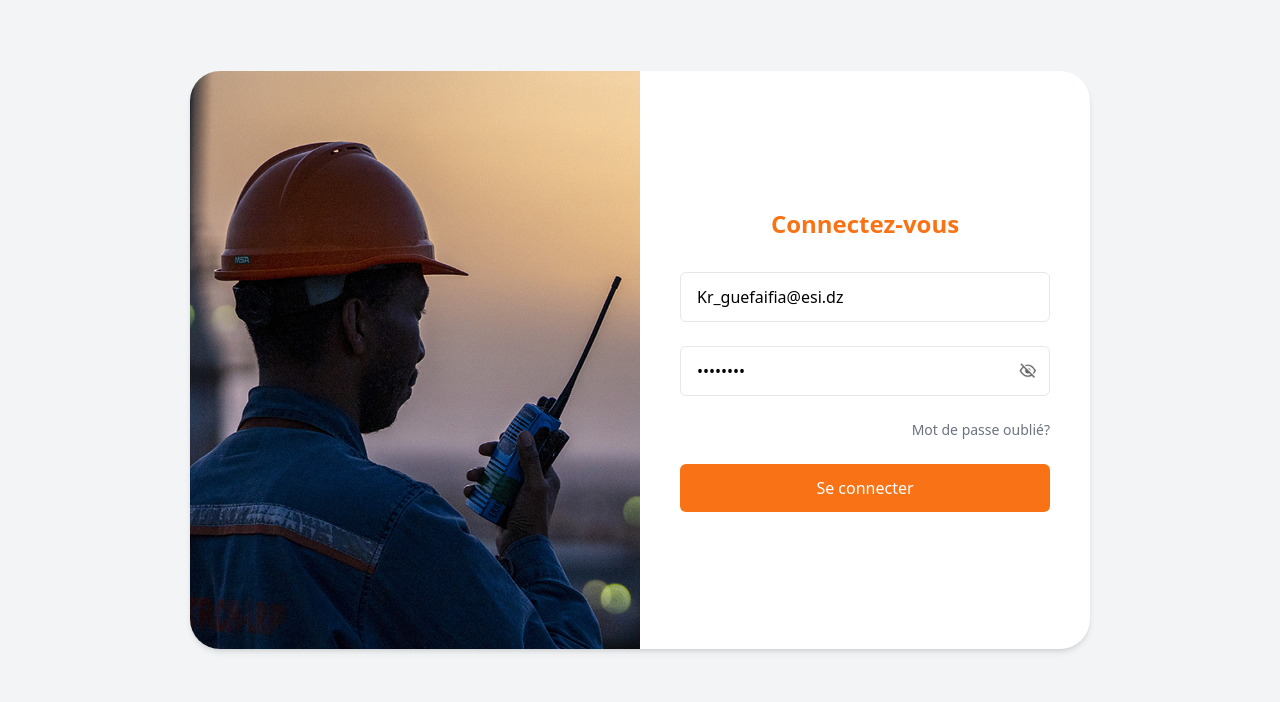
Repository: 123455675848484848484884848484/Projet_2cs
Page: / (app in front/)
The author's editor kept a copy of each file at every save. The page is drawn from the files as they stood at one save, then again after the next save.
The browser window is 1280 px wide. The pictures show the whole page.
The project was rebuilt for these pictures with package versions that can differ from the ones it lists, and the page was loaded fresh each time. Also part of the build but not shown: front/src/App.css.

Above is the page before, as saved 2025-04-20 11:54:26.

### front/src/App.js

import './App.css';
// App.jsx
import React from "react";
import Login from "./Login"; // Assure-toi que le chemin est correct

function App() {
  return <Login />;
}

export default App;

### front/src/Login.jsx
import React, { useState } from "react";

const Login = () => {
  const [showPassword, setShowPassword] = useState(false);
  const [email, setEmail] = useState("Kr_guefaifia@esi.dz");
  const [error, setError] = useState("");

  const handleSubmit = (e) => {
    e.preventDefault();
    if (!email.includes("@")) {
      setError("L'adresse email doit contenir un '@'");
      return;
    }
    setError("");
    alert("Connexion réussie !");
  };

  return (
    <div className="min-h-screen flex items-center justify-center bg-gray-100">
    <div className="flex w-[900px] overflow-hidden shadow-md rounded-[30px] bg-white">
      {/* Image gauche */}
      <div className="w-1/2">
        <img
          src="/login.png"
          alt="worker"
          className="h-full w-full object-cover"
          id="login-image"
        />
      </div>

      {/* Formulaire */}
      <div className="w-1/2 flex flex-col justify-center px-10 py-12">
        <h2
          className="text-2xl font-bold text-orange-500 mb-8 text-center"
          id="login-title"
        >
          Connectez-vous
        </h2>

        <form className="space-y-6" onSubmit={handleSubmit} id="login-form">
          {/* Email */}
          <div>
            <label htmlFor="email-input" className="sr-only">Email</label>
            <input
              id="email-input"
              type="email"
              placeholder="Email"
              value={email}
              onChange={(e) => setEmail(e.target.value)}
              className="w-full px-4 py-3 border rounded-md focus:outline-none focus:ring-2 focus:ring-orange-400"
            />
            {error && (
              <p className="text-red-500 text-sm mt-1" id="email-error">
                {error}
              </p>
            )}
          </div>

          {/* Mot de passe */}
          <div className="relative">
            <label htmlFor="password-input" className="sr-only">Mot de passe</label>
            <input
              id="password-input"
              type={showPassword ? "text" : "password"}
              placeholder="Mot de passe"
              defaultValue="password"
              className="w-full px-4 py-3 border rounded-md focus:outline-none focus:ring-2 focus:ring-orange-400"
            />
            <span
              id="toggle-password-visibility"
              onClick={() => setShowPassword(!showPassword)}
              className="absolute inset-y-0 right-3 flex items-center cursor-pointer"
            >
              {showPassword ? (
                <span className="text-gray-500 text-lg">👁️</span>
              ) : (
                <img
                  src="/icon.png"
                  alt="hidden"
                  className="w-5 h-5"
                  id="hidden-icon"
                />
              )}
            </span>
          </div>

          {/* Lien oublié */}
          <div className="text-right text-sm text-gray-500">
            <a href="#" className="hover:underline" id="forgot-password-link">
              Mot de passe oublié?
            </a>
          </div>

          {/* Bouton */}
          <button
            id="submit-login-button"
            type="submit"
            className="w-full bg-orange-500 hover:bg-orange-600 text-white font-medium py-3 rounded-md transition"
          >
            Se connecter
          </button>
        </form>
      </div>
    </div>
  </div>
  );
};

export default Login;

Loaded but not shown: front/public/index.html (common file); front/src/index.js (common file); front/src/index.css (common file); front/src/reportWebVitals.js (common file); front/tailwind.config.js (common file)

After the next save:
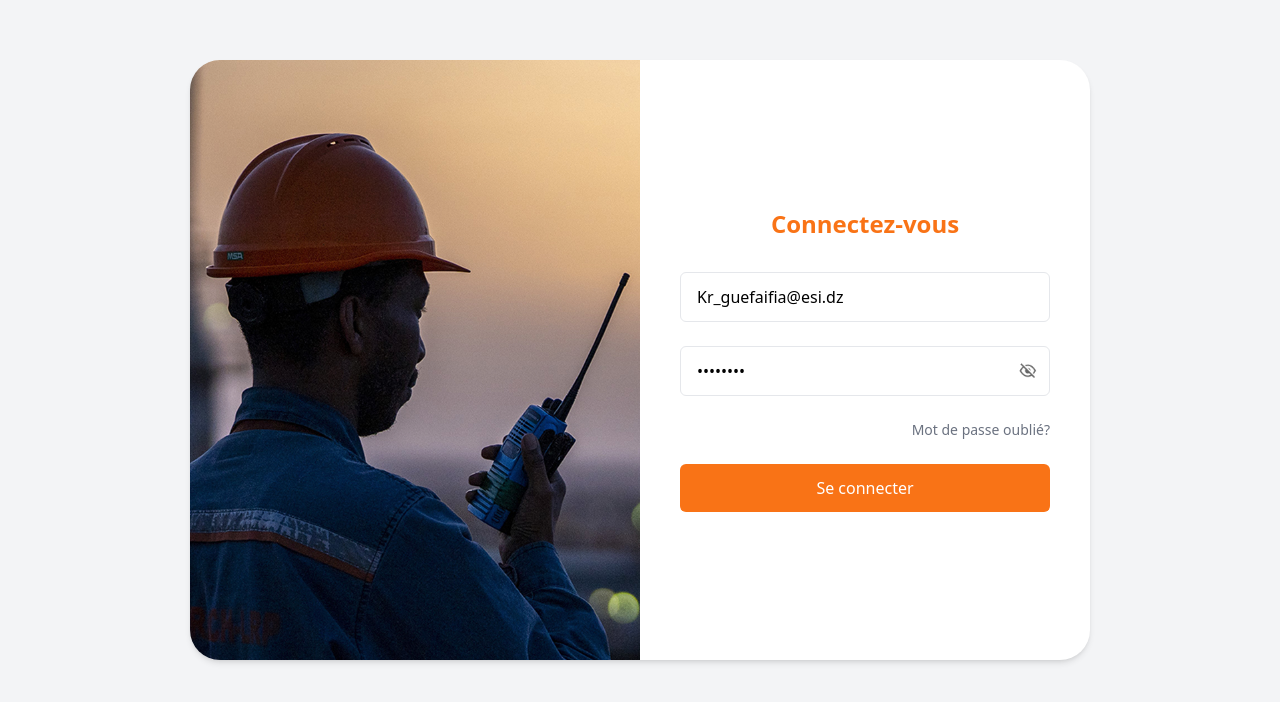
Saved 43 s later.
--- a/front/src/Login.jsx
+++ b/front/src/Login.jsx
@@ -16,8 +16,8 @@ const Login = () => {
   };
 
   return (
-    <div className="min-h-screen flex items-center justify-center bg-gray-100">
-    <div className="flex w-[900px] overflow-hidden shadow-md rounded-[30px] bg-white">
+    <div className="fixed top-0 left-0 w-screen h-screen flex items-center justify-center bg-gray-100">
+      <div className="flex w-[900px] h-[600px] overflow-hidden shadow-md rounded-[30px] bg-white">
       {/* Image gauche */}
       <div className="w-1/2">
         <img
